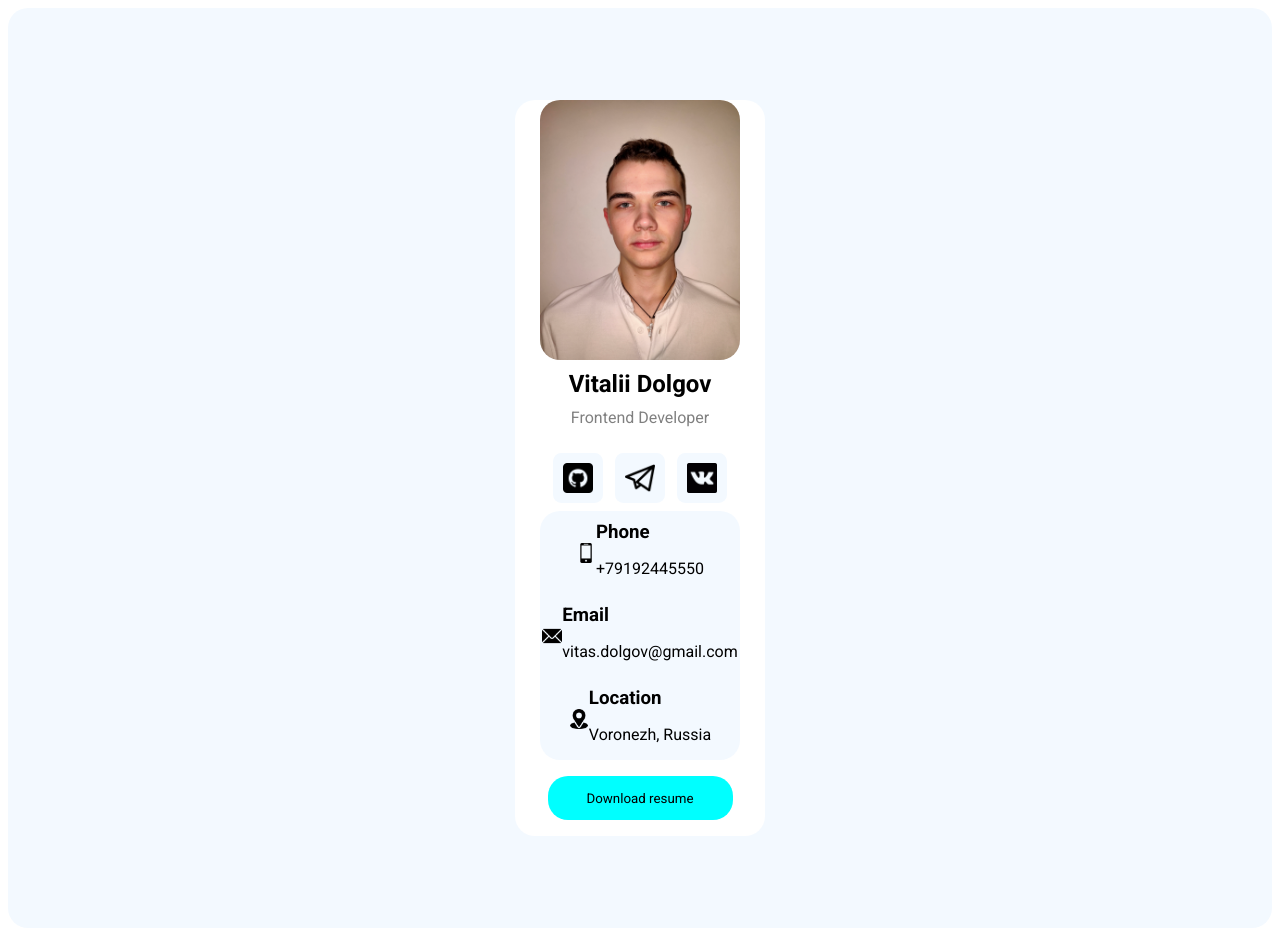
Repository: VitasYo/User_card
Page: src/index.html
An editor plug-in stored every save of this project. The page is shown before and after the next save, followed by the edit.
The browser window is 1280 px wide. The pictures show the whole page.

Above is the page before, as saved 2024-04-09 23:30:24.

After the next save:
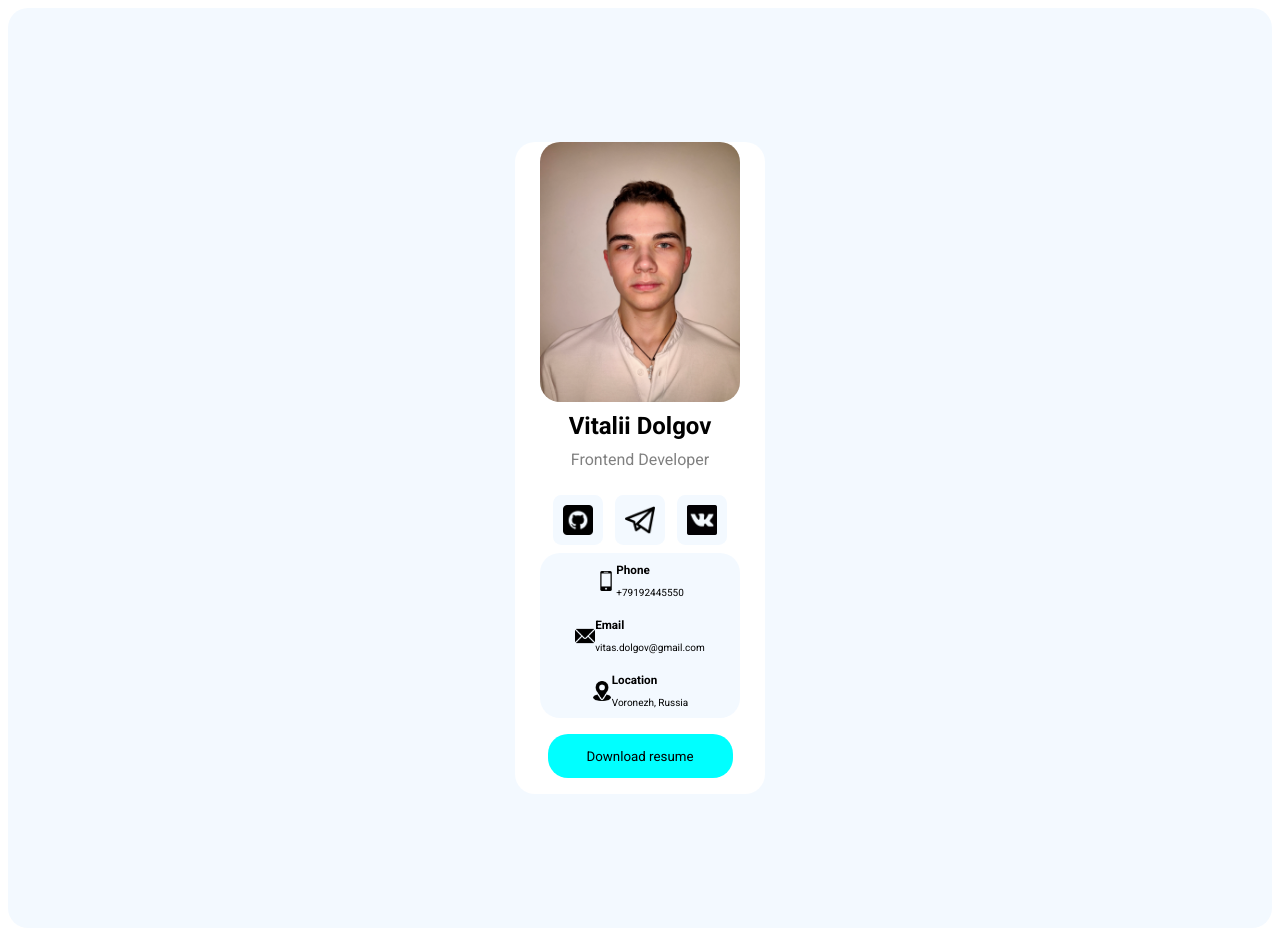
Saved 36 s later.
--- a/assets/css/index.css
+++ b/assets/css/index.css
@@ -79,7 +79,7 @@
 }
 
 .card_info {
-  font-size: 16px;
+  font-size: 10px;
 }
 
 .button {
